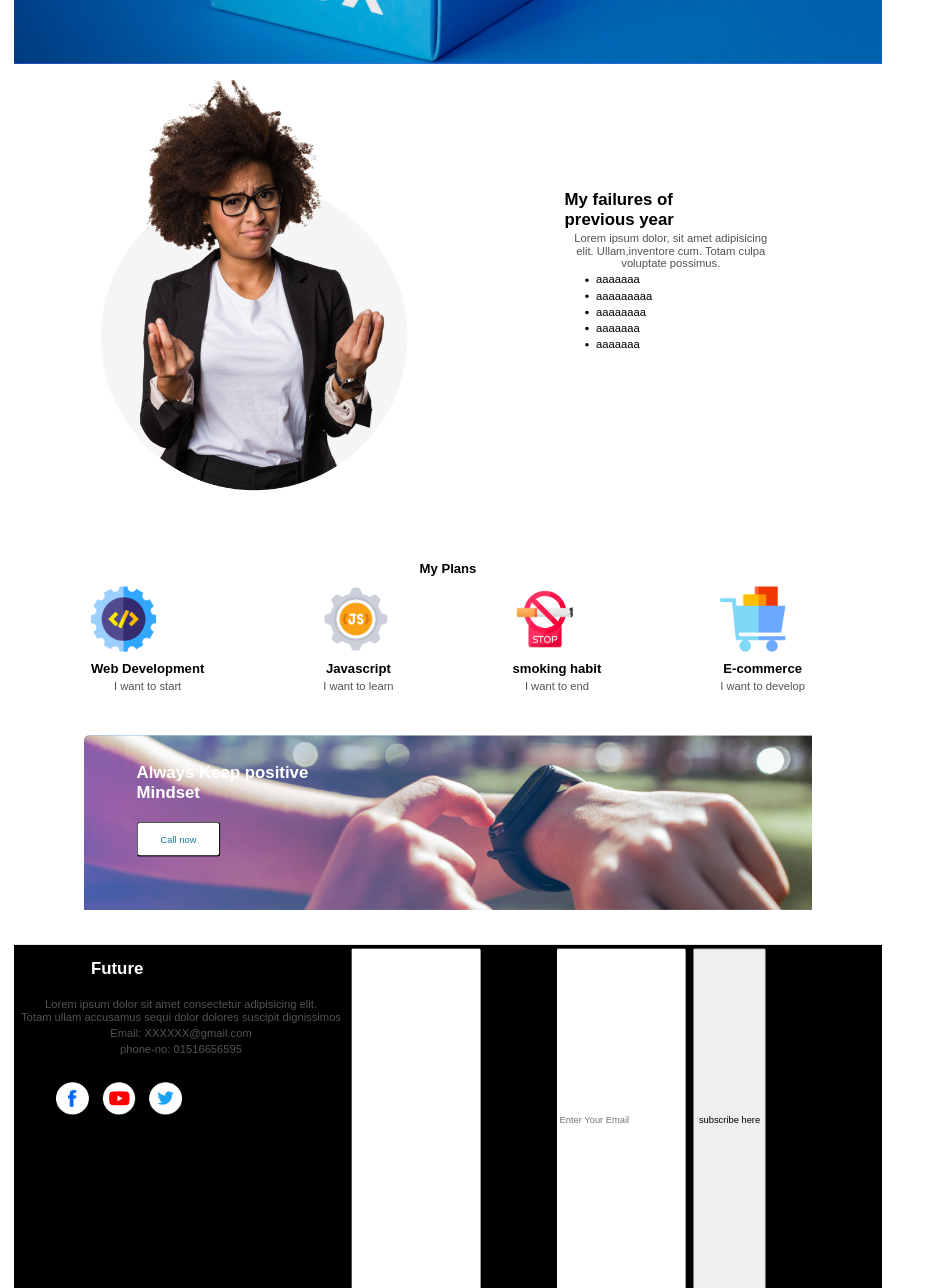
Repository: sadiaafsana138/All-Thinks-Are-Possible-Website
Page: index.html
An editor plug-in stored every save of this project. The page is shown before and after the next save, followed by the edit.
The browser window is 1280 px wide. The page is 1344 px wide, so the pictures cover 1344 px, including what lies to the right of the window. The pictures show the part of the page from y = 727 to 2567 px (the page is 2587 px tall), at 70% of full size.

Above is the page before, as saved 2023-01-08 13:35:28.

After the next save:
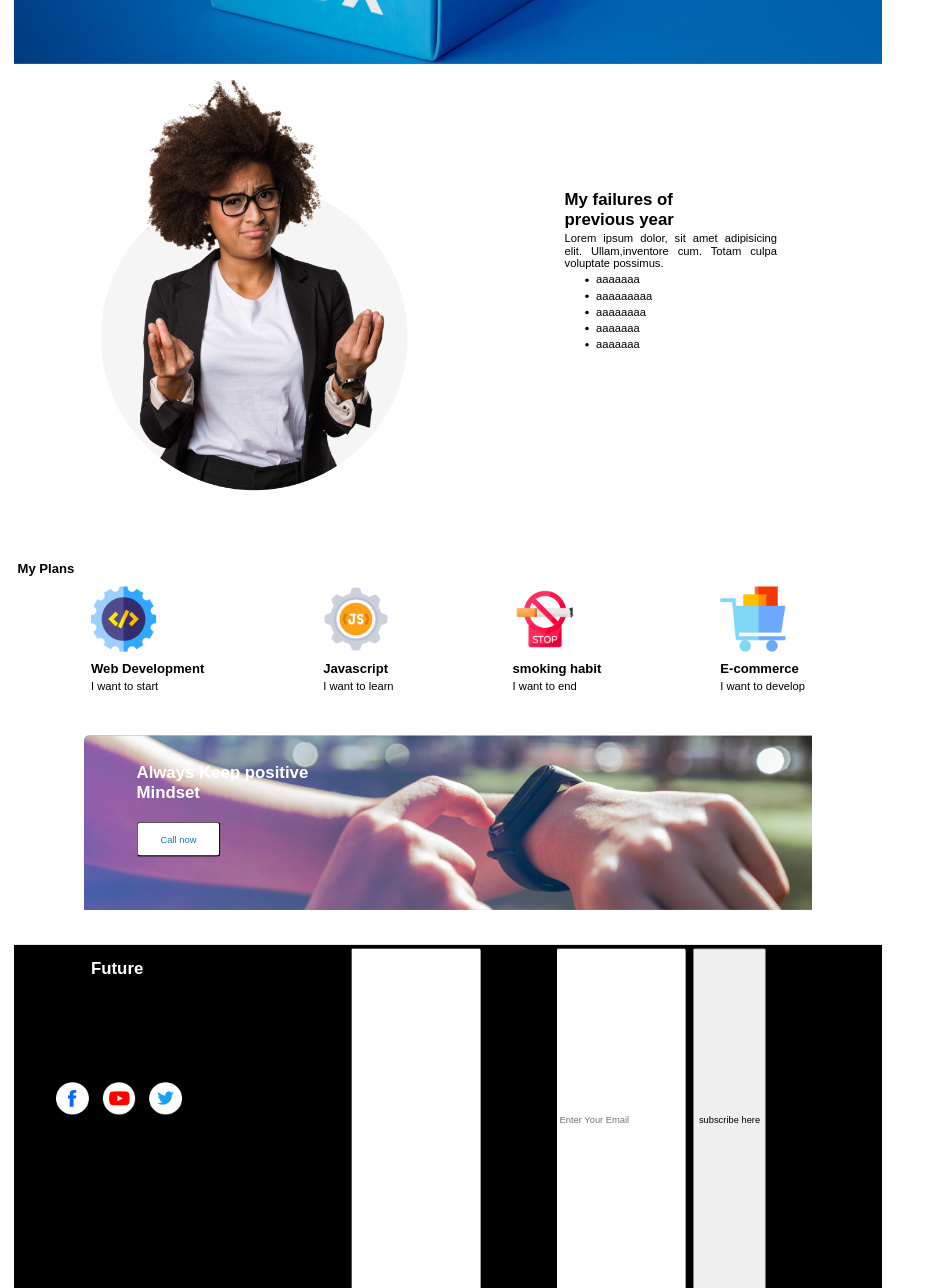
Saved 106 s later.
--- a/styles/web.css
+++ b/styles/web.css
@@ -59,12 +59,11 @@ font-family: Arial, Helvetica, sans-serif;
         margin-bottom: 20%;
 }
 
-.section3 h3,p{
+.section3 .h3,.p{
    text-align: center;
+   color:rgb(88, 81, 81)
 }
-p{
-    color:rgb(88, 81, 81)
-}
+
 #sec3details{
     display: flex;
     justify-content: space-between;
